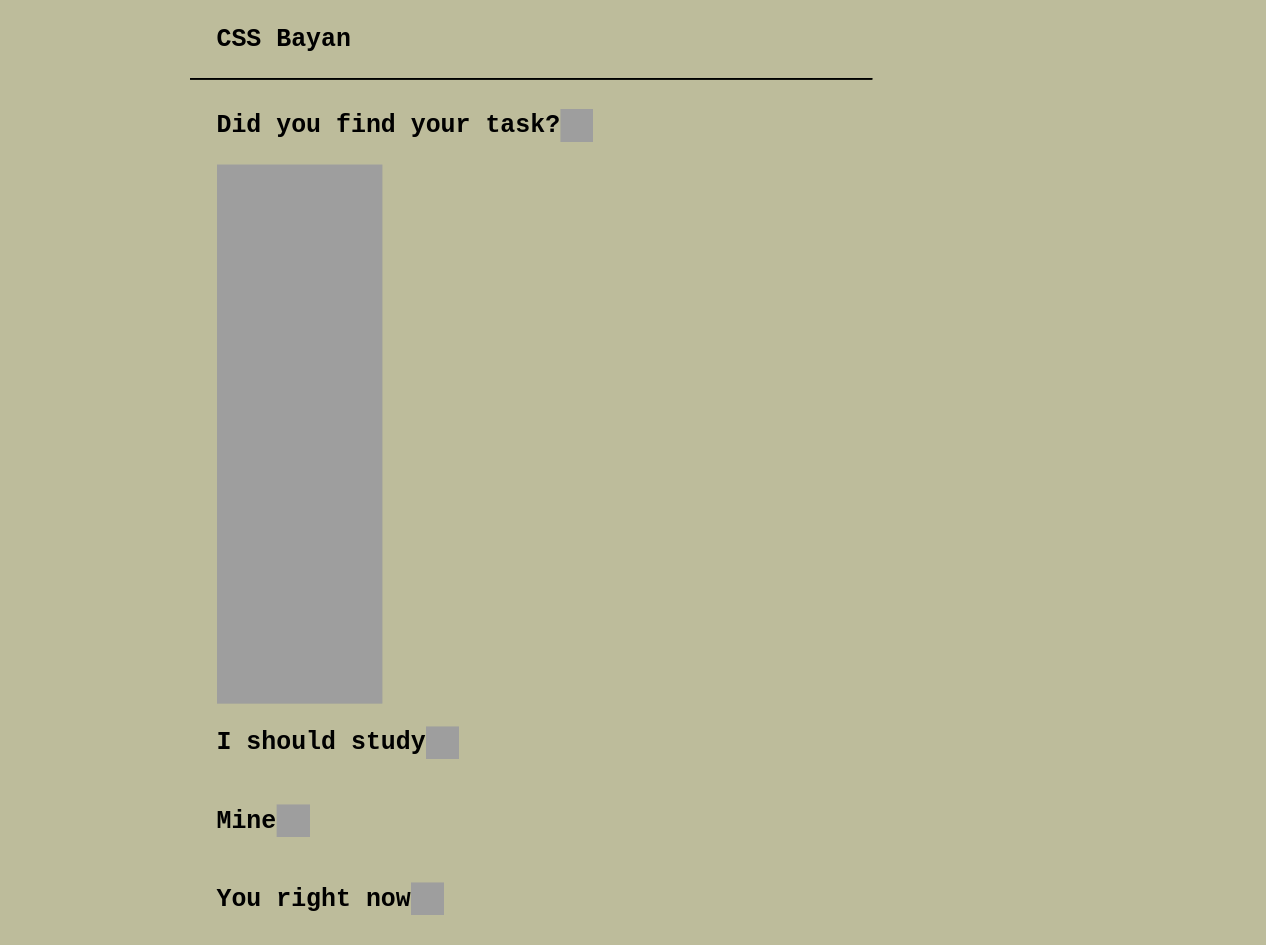
Repository: MaksimMazurenka/cssBayan
Page: cssBayan/index.html
These files come from the project's save history. The page is drawn as it stood at one moment and after a run of saves; the edit follows.
The browser window is 1280 px wide. The page is 1525 px wide, so the pictures cover 1525 px, including what lies to the right of the window. The pictures show the whole page, at 83% of full size.
Pictures or frames that could not be fetched are drawn as grey boxes.

Above is the page before, as saved 2023-03-12 22:09:09.

### cssBayan/index.html

<!DOCTYPE html>
<html>
<head>
<meta content='text/html;' />
<style type='text/css'>
body {
    background: #bdbc9b;
}
img{
  display: none;
  width: 400px;
  height: 300px;
}
input[name="mem"]:checked + label div img
{
    display: block;
}
input[name="mem"]:hover + label div img
{
    display: block;
    cursor: pointer;
}
input{
    display: none;
}
.meme{
    position: relative;
    left: 35%;
}
p{
    font-size: 20px;
}
p.description{
    cursor: pointer;
}
div.plus{
    float:right;
    background: url(https://psv4.userapi.com/c237131/u416429257/docs/d39/cc5ce405afd4/plus40.png?extra=Ux4NBBi96nZLz9VvinMM3Gty2o8qwSB6W9gTdyW4Ef-x15XE4GkuxnrOZ2OIRizRBdOsy6flaQCZPbLdEpITQk3L_Nmd7hT9J4m2u5e_oMlNBQ9_KCGSDoDskQhKZgHRtCECInBoSMbkixFl6q8dY7A);
    width: 40px;
    height: 40px;
}
input[name="mem"]:hover + label div div.plus
{
    transform: rotate(45deg);
}
div.img{
    position: relative;
    left: 5%;
}
div.stroka{
    display: flex;
    align-items: center;
    width: 600px;
}
@media (min-width: 320px) {
    p{
        font-family:'Segoe UI', Tahoma, Geneva, Verdana, sans-serif;
        font-size: 20px;
        font-weight: 600;
        width: 320;
    }
    hr{
        width: 320px;
    }
    img{
        width: 200px;
        height: 150px;
    }
    div.img{
        position:relative;
        left: 0%;
    }
    .meme{
        position: relative;
        left: 10%;
    }
  }
  @media (min-width: 820px) {
    p{
        font-family:'Courier New', Courier, monospace;
        font-size: 30px;
    }
    hr{
        width: 820px;
    }
    img{
        width: px;
        height: 650px;
    }
    div.img{
        position:relative;
        left: 0%;
    }
    .meme{
        position: relative;
        left: 20%;
    }
  }
  @media (min-width: 1920px) {
    p{
        font-family:'Lucida Sans', 'Lucida Sans Regular', 'Lucida Grande', 'Lucida Sans Unicode', Geneva, Verdana, sans-serif;
        font-size: 20px;
    }
    hr{
        width: 570px;
        position: relative;
        left: 0%;
    }
    img{
        width: 400px;
        height: 300px;
    }
    div.img{
        position:relative;
        left: 5%;
    }
    .meme{
        position: relative;
        left: 35%;
    }
  }
</style>
</head>
<body>
    <p class="meme">CSS Bayan</p>
    <hr width="570" size="2" color="black"/>
	<div class="items">
            <input type="radio" name="mem" id="mem1" checked>
            <label class="meme" for="mem1">
                <div class="stroka">
                    <p class="description">Did you find your task?</p>
                    <div class="plus"></div>
                </div>
                <div class="img">
                    <img id="mem1" src="https://s7280.pcdn.co/wp-content/uploads/2019/07/IT-Manager-Pro-Tip-Meme-300x288.jpg.optimal.jpg">
                </div>
            </label>
            <input type="radio" name="mem" id="mem2">
            <label class="meme" for="mem2">
                <div class="stroka">
                    <p class="description">I should study</p>
                    <div class="plus"></div>
                </div>
                <div class="img">
                    <img id="mem1" src="https://media4.giphy.com/media/YWf50NNii3r4k/giphy.gif">
                </div>
            </label>
            <input type="radio" name="mem" id="mem3">
            <label class="meme" for="mem3">
                <div class="stroka">
                    <p class="description">Mine</p>
                    <div class="plus"></div>
                </div>
                <div class="img">
                    <img id="mem1" src="https://psv4.userapi.com/c235131/u416429257/docs/d55/e5512db0d9ef/game_webm.gif?extra=QaGktKAUNtEjz-rHbyqGhNwQ3S-tg_ngR8xoLfgSF8sBak6wUE7gOUnLtTErMpNWrPKOYeIyYLjksfpp8OxLwSCEPHMrF3H9x3__7gTxhEUcN0v62vwqV9Is_2osLgY3FjAkIbBaltWEZRUUu2R3L7c">
                </div>
            </label>
            <input type="radio" name="mem" id="mem4">
            <label class="meme" for="mem4">
                <div class="stroka">
                    <p class="description">You right now</p>
                    <div class="plus"></div>
                </div>
                <div class="img">
                    <img id="mem1" src="https://i.redd.it/8hwcnnj9w7b41.jpg">
                </div>
            </label>
      </div>
</body>
</html>

After the next 3 saves:
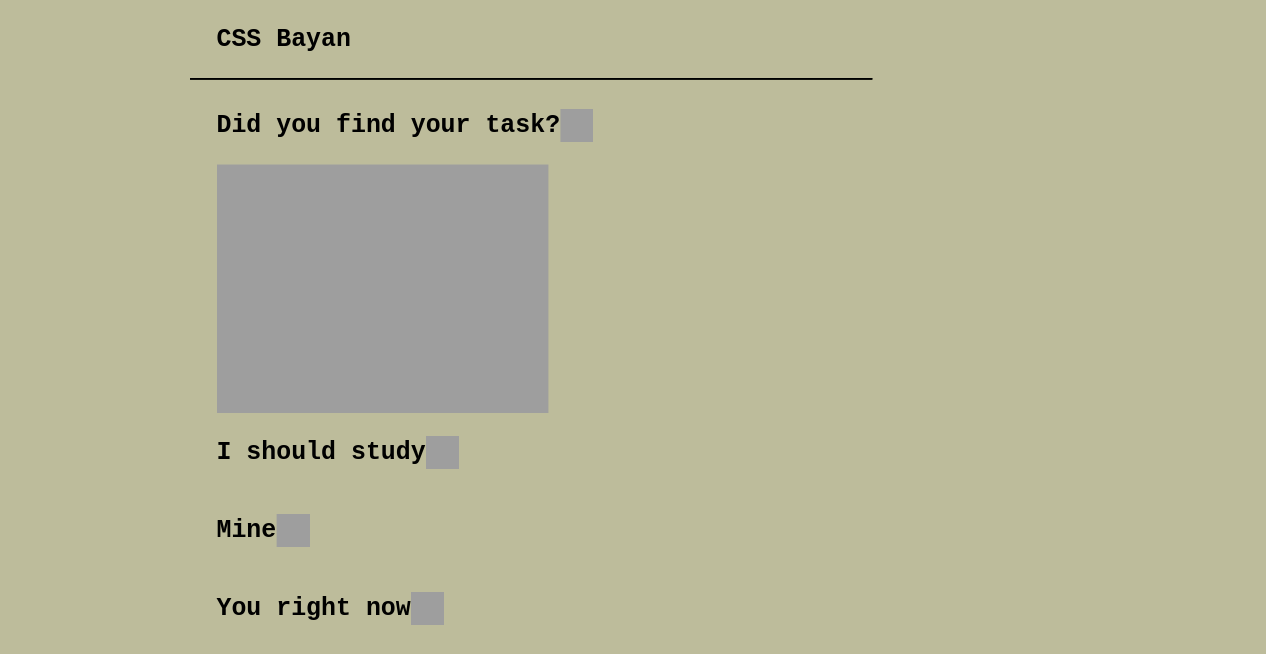
The 3 saves are shown as one change because they came seconds apart.
The last was saved 12 s later.
--- a/cssBayan/index.html
+++ b/cssBayan/index.html
@@ -85,8 +85,8 @@ div.stroka{
         width: 820px;
     }
     img{
-        width: px;
-        height: 650px;
+        width: 400px;
+        height: 300px;
     }
     div.img{
         position:relative;
